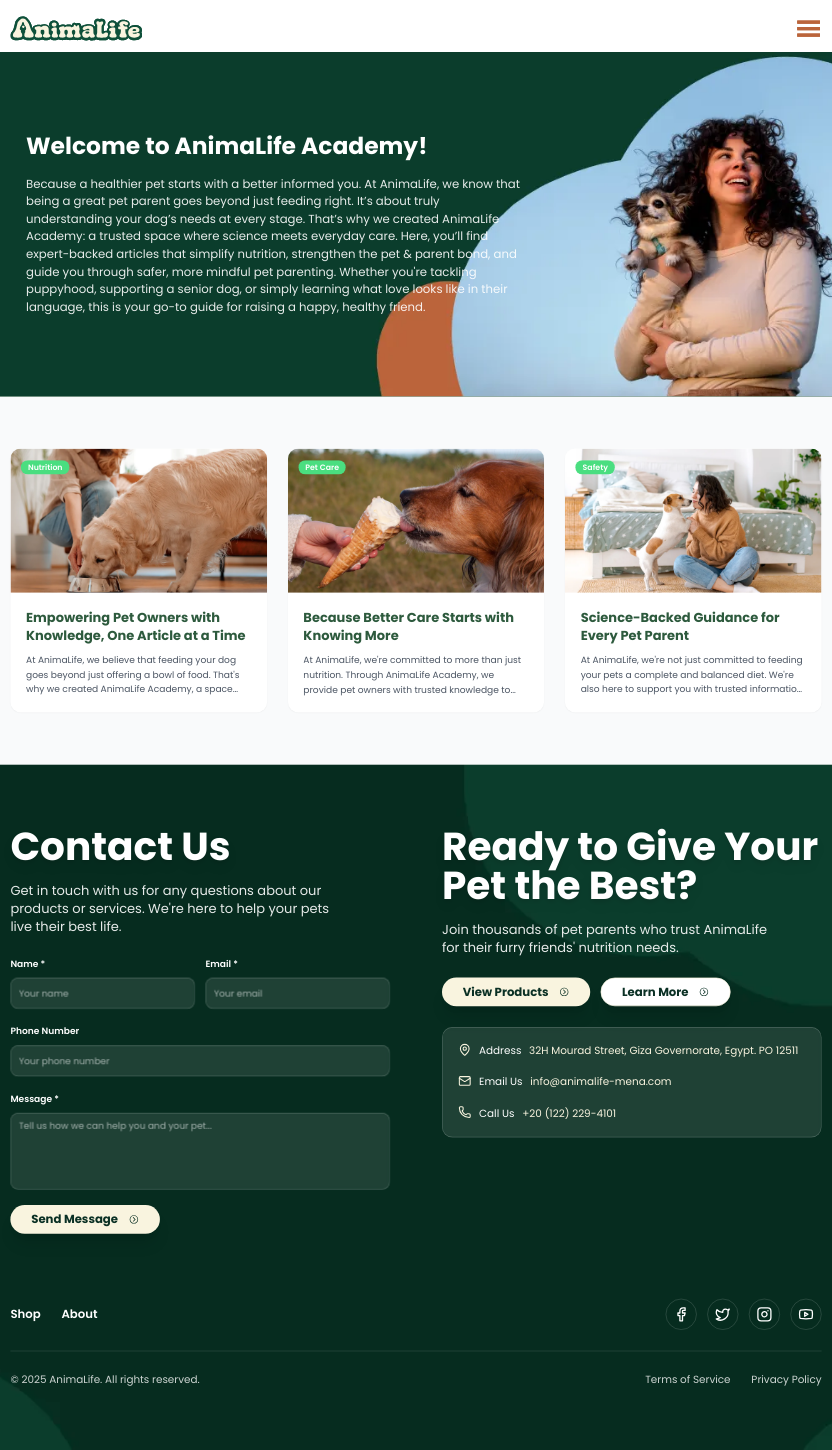
Repository: the-jupiteragency/animalife
Page: /academy
These files come from the project's save history. The page is drawn as it stood at one moment and after the next save; the edit follows.
The browser window is 1280 px wide. The pictures show the whole page, at 65% of full size.
The project was rebuilt for these pictures with package versions that can differ from the ones it lists, and the page was loaded fresh each time. The framework's server and built-in components were replaced by stand-ins that run in the browser. Also part of the build but not shown: next.config.mjs.

Above is the page before, as saved 2025-08-05 09:38:34.

### app/layout.tsx
import type { Metadata, Viewport } from "next";
import "./globals.css";
import { Header } from "@/components/header";
import { Footer } from "@/components/footer";
import Script from "next/script";

export const metadata: Metadata = {
  metadataBase: new URL('https://animalife.vercel.app'),
  title: {
    default: "AnimaLife | Science-Driven Pet Nutrition & Wellness",
    template: "%s | AnimaLife"
  },
  description:
    "AnimaLife offers science-driven, complete, and balanced nutrition for pets. Discover products tailored to your pet's unique needs, expert advice, and a passionate community of animal lovers.",
  keywords: [
    "AnimaLife",
    "pet nutrition",
    "dog food",
    "cat food",
    "science-based pet care",
    "pet wellness",
    "healthy pets",
    "animal health",
    "pet products",
    "pet academy",
    "pet community",
    "premium pet food",
    "natural pet nutrition",
    "pet health supplements"
  ],
  authors: [{ name: "AnimaLife Team", url: "https://animalife.vercel.app" }],
  creator: "AnimaLife",
  publisher: "AnimaLife",
  formatDetection: {
    email: false,
    address: false,
    telephone: false,
  },
  category: 'Pet Care',
  classification: 'Pet Nutrition and Wellness',
  openGraph: {
    title: "AnimaLife | Science-Driven Pet Nutrition & Wellness",
    description:
      "AnimaLife offers science-driven, complete, and balanced nutrition for pets. Discover products tailored to your pet's unique needs, expert advice, and a passionate community of animal lovers.",
    url: "https://animalife.vercel.app",
    siteName: "AnimaLife",
    images: [
      {
        url: "/hero1.webp",
        width: 1200,
        height: 630,
        alt: "AnimaLife - Science-Driven Pet Nutrition",
      },
    ],
    locale: "en_US",
    type: "website",
  },
  twitter: {
    card: 'summary_large_image',
    title: 'AnimaLife | Science-Driven Pet Nutrition & Wellness',
    description: 'AnimaLife offers science-driven, complete, and balanced nutrition for pets. Discover products tailored to your pet\'s unique needs.',
    images: ['/hero1.webp'],
    creator: '@animalife',
    site: '@animalife'
  },
  robots: {
    index: true,
    follow: true,
    googleBot: {
      index: true,
      follow: true,
      'max-video-preview': -1,
      'max-image-preview': 'large',
      'max-snippet': -1,
    },
  },
  icons: {
    icon: [
      { url: '/favicon.ico' },
      { url: '/favicon.png', type: 'image/png' },
    ],
    shortcut: '/favicon.ico',
    apple: [
      { url: '/apple-touch-icon.png' },
      { url: '/apple-touch-icon-72x72.png', sizes: '72x72', type: 'image/png' },
      { url: '/apple-touch-icon-114x114.png', sizes: '114x114', type: 'image/png' },
    ],
  },
  manifest: '/site.webmanifest',
  alternates: {
    canonical: 'https://animalife.vercel.app',
  },
  verification: {
    google: 'your-google-verification-code',
    yandex: 'your-yandex-verification-code',
    yahoo: 'your-yahoo-verification-code',
  },
};

export const viewport: Viewport = {
  themeColor: "#1B4838",
};

const jsonLd = {
  '@context': 'https://schema.org',
  '@type': 'Organization',
  name: 'AnimaLife',
  url: 'https://animalife.vercel.app',
  logo: 'https://animalife.vercel.app/logo.svg',
  description: 'AnimaLife offers science-driven, complete, and balanced nutrition for pets.',
  contactPoint: {
    '@type': 'ContactPoint',
    contactType: 'Customer Service',
    availableLanguage: 'English'
  },
  sameAs: [
    'https://facebook.com/animalife',
    'https://twitter.com/animalife',
    'https://instagram.com/animalife'
  ],
  address: {
    '@type': 'PostalAddress',
    addressCountry: 'EG'
  }
};

export default function RootLayout({
  children,
}: Readonly<{
  children: React.ReactNode;
}>) {
  return (
    <html lang="en">
      <head>
        <link rel="preconnect" href="https://fonts.googleapis.com" />
        <link rel="preconnect" href="https://fonts.gstatic.com" crossOrigin="anonymous" />
        <link rel="dns-prefetch" href="https://fonts.googleapis.com" />
        <meta name="theme-color" content="#1B4838" />
        <meta name="msapplication-TileColor" content="#1B4838" />
        <meta name="apple-mobile-web-app-capable" content="yes" />
        <meta name="apple-mobile-web-app-status-bar-style" content="default" />
        <meta name="format-detection" content="telephone=no" />
        <Script
          id="json-ld"
          type="application/ld+json"
          dangerouslySetInnerHTML={{ __html: JSON.stringify(jsonLd) }}
        />
      </head>
      <body>
        <Header />
        {children}
        <Footer />
      </body>
    </html>
  );
}

### app/academy/page.tsx
"use client";

import { Card, CardContent } from "@/components/ui/card";
import { Badge } from "@/components/ui/badge";
import Image from "next/image";
import Link from "next/link";
import { Header } from "@/components/header";
import { AcademyPosts } from "@/app/data/academy-posts";

// Remove the hardcoded blogPosts array and use:
const blogPosts = AcademyPosts;

export default function AcademyPage() {
  return (
    <div className="min-h-screen bg-white">
      {/* Header */}
      <Header />
      {/* Add top padding to account for fixed header */}
      <div className="pt-20">
        {/* Hero Banner Section */}
        <section className="relative h-[530px] bg-[#2d5a3d] overflow-hidden">
          <div className="absolute inset-0">
            <Image
              src="/academy-banner.webp"
              alt="Academy Banner"
              fill
              className="object-cover w-full h-full"
              priority
            />
          </div>
          <div className="relative z-10 px-10 mx-auto  h-full flex items-center">
            <div className="max-w-3xl">
              <h2 className="text-3xl md:text-4xl font-bold text-white mb-6">
                Welcome to AnimaLife Academy!
              </h2>
              <p className="text-lg text-white/90 leading-normal">
                Because a healthier pet starts with a better informed you. At
                AnimaLife, we know that being a great pet parent goes beyond
                just feeding right. It’s about truly understanding your dog’s
                needs at every stage. That’s why we created AnimaLife Academy: a
                trusted space where science meets everyday care. Here, you’ll
                find expert-backed articles that simplify nutrition, strengthen
                the pet & parent bond, and guide you through safer, more mindful
                pet parenting. Whether you're tackling puppyhood, supporting a
                senior dog, or simply learning what love looks like in their
                language, this is your go-to guide for raising a happy, healthy
                friend.
              </p>
            </div>
          </div>
        </section>

        {/* Blog Posts Grid */}
        <section className="py-12 md:py-20 bg-gray-50">
          <div className="container mx-auto px-4">
            <div className="grid grid-cols-1 md:grid-cols-2 lg:grid-cols-3 gap-6 md:gap-8">
              {blogPosts.map((post) => (
                <Link key={post.id} href={`/academy/${post.id}`}>
                  <Card className="cursor-pointer transform transition-all duration-300 hover:scale-105 hover:shadow-xl bg-white border-0 rounded-2xl overflow-hidden group">
                    <CardContent className="p-0">
                      <div className="aspect-video relative overflow-hidden">
                        <Image
                          src={post.image || "/placeholder.svg"}
                          alt={post.title}
                          fill
                          className="object-cover w-full h-full group-hover:scale-105 transition-all duration-500"
                          sizes="(max-width: 768px) 100vw, (max-width: 1200px) 50vw, 33vw"
                        />
                        <div className="absolute top-4 left-4">
                          <Badge className="bg-[#4ade80] text-white hover:bg-[#22c55e] group-hover:scale-110 transition-transform duration-300">
                            {post.category}
                          </Badge>
                        </div>
                      </div>

                      <div className="p-4 md:p-6">
                        <h3 className="text-lg md:text-xl font-bold text-[#2d5a3d] mb-3 line-clamp-2 group-hover:text-[#1e3a2a] transition-colors duration-300">
                          {post.title}
                        </h3>
                        <p className="text-gray-600 text-sm leading-relaxed line-clamp-3 group-hover:text-gray-700 transition-colors duration-300">
                          {post.excerpt}
                        </p>
                      </div>
                    </CardContent>
                  </Card>
                </Link>
              ))}
            </div>
          </div>
        </section>
      </div>{" "}
      {/* Close pt-20 div */}
    </div>
  );
}

### components/header.tsx
"use client";

import { useState, useEffect } from "react";
import { Menu, X } from "lucide-react";
import { GiHamburgerMenu } from "react-icons/gi";
import { IoMdCloseCircle } from "react-icons/io";
import { Button } from "@/components/ui/button";
import Link from "next/link";
import Image from "next/image";

export function Header() {
  const [isMenuOpen, setIsMenuOpen] = useState(false);
  const [scrolled, setScrolled] = useState(false);

  useEffect(() => {
    const handleScroll = () => {
      setScrolled(window.scrollY > 10);
    };
    window.addEventListener("scroll", handleScroll);
    return () => window.removeEventListener("scroll", handleScroll);
  }, []);

  return (
    <header
      className={`fixed top-0 left-0 right-0 z-50 transition-colors duration-300 ${
        scrolled ? "bg-[#0A3D2C]" : "bg-transparent"
      }`}
    >
      <div className="container mx-auto px-4 py-4 md:py-6 flex items-center justify-between font-mono font-normal text-base bg-transparent text-[rgba(249,244,223,1)] flex-row">
        <Link
          href="/"
          className="text-white text-xl md:text-2xl font-bold hover:text-green-200 transition-colors"
        >
          <Image
            src="/logo.svg"
            alt="AnimaLife"
            width={120}
            height={120}
            priority
            style={{ width: "auto", height: "auto" }}
          />
        </Link>

        <div
          className="transition-all duration-300 hover:scale-110"
          onClick={() => setIsMenuOpen(!isMenuOpen)}
        >
          {isMenuOpen ? (
            <IoMdCloseCircle
              className={`h-10 w-10 ${scrolled ? "text-white" : "text-[#1B4838]"}`}
            />
          ) : (
            <GiHamburgerMenu
              className={`h-10 w-10 ${scrolled ? "text-white" : "md:text-[#BA643B]"}`}
            />
          )}
        </div>
      </div>

      {/* Menu Overlay */}
      {isMenuOpen && (
        <div className="fixed inset-0 z-50 bg-[#2d5a3d]">
          <div className="absolute top-4 right-4">
            <div
              className="text-white transition-all duration-300 hover:scale-110"
              onClick={() => setIsMenuOpen(false)}
            >
              <IoMdCloseCircle className="h-12 w-12" />
            </div>
          </div>

          <div className="flex items-center justify-center min-h-screen">
            <nav className="text-center space-y-8 md:space-y-12">
              <Link
                href="/"
                className="block text-white text-xl md:text-2xl font-medium hover:text-green-200 transition-colors"
                onClick={() => setIsMenuOpen(false)}
              >
                Home
              </Link>
              <Link
                href="/products"
                className="block text-white text-xl md:text-2xl font-medium hover:text-green-200 transition-colors"
                onClick={() => setIsMenuOpen(false)}
              >
                Our Products
              </Link>
              <Link
                href="/about"
                className="block text-white text-xl md:text-2xl font-medium hover:text-green-200 transition-colors"
                onClick={() => setIsMenuOpen(false)}
              >
                Discover AnimaLife
              </Link>
              <Link
                href="/academy"
                className="block text-white text-xl md:text-2xl font-medium hover:text-green-200 transition-colors"
                onClick={() => setIsMenuOpen(false)}
              >
                AnimaLife Academy
              </Link>
            </nav>
          </div>
        </div>
      )}
    </header>
  );
}

### components/ui/card.tsx
import * as React from "react"

import { cn } from "@/lib/utils"

const Card = React.forwardRef<
  HTMLDivElement,
  React.HTMLAttributes<HTMLDivElement>
>(({ className, ...props }, ref) => (
  <div
    ref={ref}
    className={cn(
      "rounded-lg border bg-card text-card-foreground shadow-sm",
      className
    )}
    {...props}
  />
))
Card.displayName = "Card"

const CardHeader = React.forwardRef<
  HTMLDivElement,
  React.HTMLAttributes<HTMLDivElement>
>(({ className, ...props }, ref) => (
  <div
    ref={ref}
    className={cn("flex flex-col space-y-1.5 p-6", className)}
    {...props}
  />
))
CardHeader.displayName = "CardHeader"

const CardTitle = React.forwardRef<
  HTMLDivElement,
  React.HTMLAttributes<HTMLDivElement>
>(({ className, ...props }, ref) => (
  <div
    ref={ref}
    className={cn(
      "text-2xl font-semibold leading-none tracking-tight",
      className
    )}
    {...props}
  />
))
CardTitle.displayName = "CardTitle"

const CardDescription = React.forwardRef<
  HTMLDivElement,
  React.HTMLAttributes<HTMLDivElement>
>(({ className, ...props }, ref) => (
  <div
    ref={ref}
    className={cn("text-sm text-muted-foreground", className)}
    {...props}
  />
))
CardDescription.displayName = "CardDescription"

const CardContent = React.forwardRef<
  HTMLDivElement,
  React.HTMLAttributes<HTMLDivElement>
>(({ className, ...props }, ref) => (
  <div ref={ref} className={cn("p-6 pt-0", className)} {...props} />
))
CardContent.displayName = "CardContent"

const CardFooter = React.forwardRef<
  HTMLDivElement,
  React.HTMLAttributes<HTMLDivElement>
>(({ className, ...props }, ref) => (
  <div
    ref={ref}
    className={cn("flex items-center p-6 pt-0", className)}
    {...props}
  />
))
CardFooter.displayName = "CardFooter"

export { Card, CardHeader, CardFooter, CardTitle, CardDescription, CardContent }

### components/ui/badge.tsx
import * as React from "react"
import { cva, type VariantProps } from "class-variance-authority"

import { cn } from "@/lib/utils"

const badgeVariants = cva(
  "inline-flex items-center rounded-full border px-2.5 py-0.5 text-xs font-semibold transition-colors focus:outline-none focus:ring-2 focus:ring-ring focus:ring-offset-2",
  {
    variants: {
      variant: {
        default:
          "border-transparent bg-primary text-primary-foreground hover:bg-primary/80",
        secondary:
          "border-transparent bg-secondary text-secondary-foreground hover:bg-secondary/80",
        destructive:
          "border-transparent bg-destructive text-destructive-foreground hover:bg-destructive/80",
        outline: "text-foreground",
      },
    },
    defaultVariants: {
      variant: "default",
    },
  }
)

export interface BadgeProps
  extends React.HTMLAttributes<HTMLDivElement>,
    VariantProps<typeof badgeVariants> {}

function Badge({ className, variant, ...props }: BadgeProps) {
  return (
    <div className={cn(badgeVariants({ variant }), className)} {...props} />
  )
}

export { Badge, badgeVariants }

### components/ui/button.tsx
import * as React from "react";
import { Slot } from "@radix-ui/react-slot";
import { cva, type VariantProps } from "class-variance-authority";

import { cn } from "@/lib/utils";

const buttonVariants = cva(
  "inline-flex items-center justify-center gap-2 whitespace-nowrap rounded-md text-sm font-medium ring-offset-background transition-colors focus-visible:outline-none focus-visible:ring-2 focus-visible:ring-ring focus-visible:ring-offset-2 disabled:pointer-events-none disabled:opacity-50 [&_svg]:pointer-events-none [&_svg]:size-4 [&_svg]:shrink-0",
  {
    variants: {
      variant: {
        default: "bg-primary text-primary-foreground hover:bg-primary/90",
        destructive:
          "bg-destructive text-destructive-foreground hover:bg-destructive/90",
        outline:
          "border border-input bg-background hover:bg-accent hover:text-accent-foreground",
        secondary:
          "bg-secondary text-secondary-foreground hover:bg-secondary/80",
        ghost: "hover:bg-accent hover:text-accent-foreground",
        link: "text-primary underline-offset-4 hover:underline",
        icon: "bg-transparent",
        hover:
          "bg-[#F9F4DF] text-[#0A3024] hover:bg-[#A7552E] hover:text-white",
      },
      size: {
        default: "h-10 px-4 py-2",
        sm: "h-9 rounded-md px-3",
        lg: "h-11 rounded-md px-8",
        icon: "h-10 w-10",
      },
    },
    defaultVariants: {
      variant: "default",
      size: "default",
    },
  }
);

export interface ButtonProps
  extends React.ButtonHTMLAttributes<HTMLButtonElement>,
    VariantProps<typeof buttonVariants> {
  asChild?: boolean;
}

const Button = React.forwardRef<HTMLButtonElement, ButtonProps>(
  ({ className, variant, size, asChild = false, ...props }, ref) => {
    const Comp = asChild ? Slot : "button";
    return (
      <Comp
        className={cn(buttonVariants({ variant, size, className }))}
        ref={ref}
        {...props}
      />
    );
  }
);
Button.displayName = "Button";

export { Button, buttonVariants };

### components/ui/input.tsx
import * as React from "react"

import { cn } from "@/lib/utils"

const Input = React.forwardRef<HTMLInputElement, React.ComponentProps<"input">>(
  ({ className, type, ...props }, ref) => {
    return (
      <input
        type={type}
        className={cn(
          "flex h-10 w-full rounded-md border border-input bg-background px-3 py-2 text-base ring-offset-background file:border-0 file:bg-transparent file:text-sm file:font-medium file:text-foreground placeholder:text-muted-foreground focus-visible:outline-none focus-visible:ring-2 focus-visible:ring-ring focus-visible:ring-offset-2 disabled:cursor-not-allowed disabled:opacity-50 md:text-sm",
          className
        )}
        ref={ref}
        {...props}
      />
    )
  }
)
Input.displayName = "Input"

export { Input }

### tailwind.config.ts
import type { Config } from "tailwindcss";

const config: Config = {
  darkMode: ["class"],
  content: [
    "./pages/**/*.{js,ts,jsx,tsx,mdx}",
    "./components/**/*.{js,ts,jsx,tsx,mdx}",
    "./app/**/*.{js,ts,jsx,tsx,mdx}",
    "*.{js,ts,jsx,tsx,mdx}",
  ],
  theme: {
    extend: {
      colors: {
        background: "hsl(var(--background))",
        foreground: "hsl(var(--foreground))",
        card: {
          DEFAULT: "hsl(var(--card))",
          foreground: "hsl(var(--card-foreground))",
        },
        popover: {
          DEFAULT: "hsl(var(--popover))",
          foreground: "hsl(var(--popover-foreground))",
        },
        primary: {
          DEFAULT: "hsl(var(--primary))",
          foreground: "hsl(var(--primary-foreground))",
        },
        secondary: {
          DEFAULT: "hsl(var(--secondary))",
          foreground: "hsl(var(--secondary-foreground))",
        },
        muted: {
          DEFAULT: "hsl(var(--muted))",
          foreground: "hsl(var(--muted-foreground))",
        },
        accent: {
          DEFAULT: "hsl(var(--accent))",
          foreground: "hsl(var(--accent-foreground))",
        },
        destructive: {
          DEFAULT: "hsl(var(--destructive))",
          foreground: "hsl(var(--destructive-foreground))",
        },
        border: "hsl(var(--border))",
        input: "hsl(var(--input))",
        ring: "hsl(var(--ring))",
        chart: {
          "1": "hsl(var(--chart-1))",
          "2": "hsl(var(--chart-2))",
          "3": "hsl(var(--chart-3))",
          "4": "hsl(var(--chart-4))",
          "5": "hsl(var(--chart-5))",
        },
        sidebar: {
          DEFAULT: "hsl(var(--sidebar-background))",
          foreground: "hsl(var(--sidebar-foreground))",
          primary: "hsl(var(--sidebar-primary))",
          "primary-foreground": "hsl(var(--sidebar-primary-foreground))",
          accent: "hsl(var(--sidebar-accent))",
          "accent-foreground": "hsl(var(--sidebar-accent-foreground))",
          border: "hsl(var(--sidebar-border))",
          ring: "hsl(var(--sidebar-ring))",
        },
      },
      borderRadius: {
        lg: "var(--radius)",
        md: "calc(var(--radius) - 2px)",
        sm: "calc(var(--radius) - 4px)",
      },
      fontFamily: {
        sans: [
          'Poppins',
          '-apple-system',
          'BlinkMacSystemFont',
          'Segoe UI',
          'Roboto',
          'Oxygen',
          'Ubuntu',
          'Cantarell',
          'Fira Sans',
          'Droid Sans',
          'Helvetica Neue',
          'sans-serif'
        ],
        headline: [
          'Co Headline',
          'Poppins',
          '-apple-system',
          'BlinkMacSystemFont',
          'Segoe UI',
          'sans-serif'
        ],
      },
      keyframes: {
        "accordion-down": {
          from: {
            height: "0",
          },
          to: {
            height: "var(--radix-accordion-content-height)",
          },
        },
        "accordion-up": {
          from: {
            height: "var(--radix-accordion-content-height)",
          },
          to: {
            height: "0",
          },
        },
      },
      animation: {
        "accordion-down": "accordion-down 0.2s ease-out",
        "accordion-up": "accordion-up 0.2s ease-out",
      },
    },
  },
  plugins: [require("tailwindcss-animate")],
};
export default config;

Loaded but not shown: components/ui/textarea.tsx (common file); lib/utils.ts (common file); components/footer.tsx (439 lines, source omitted); app/data/academy-posts.ts (242 lines, source omitted); app/globals.css (185 lines, source omitted)

After the next save:
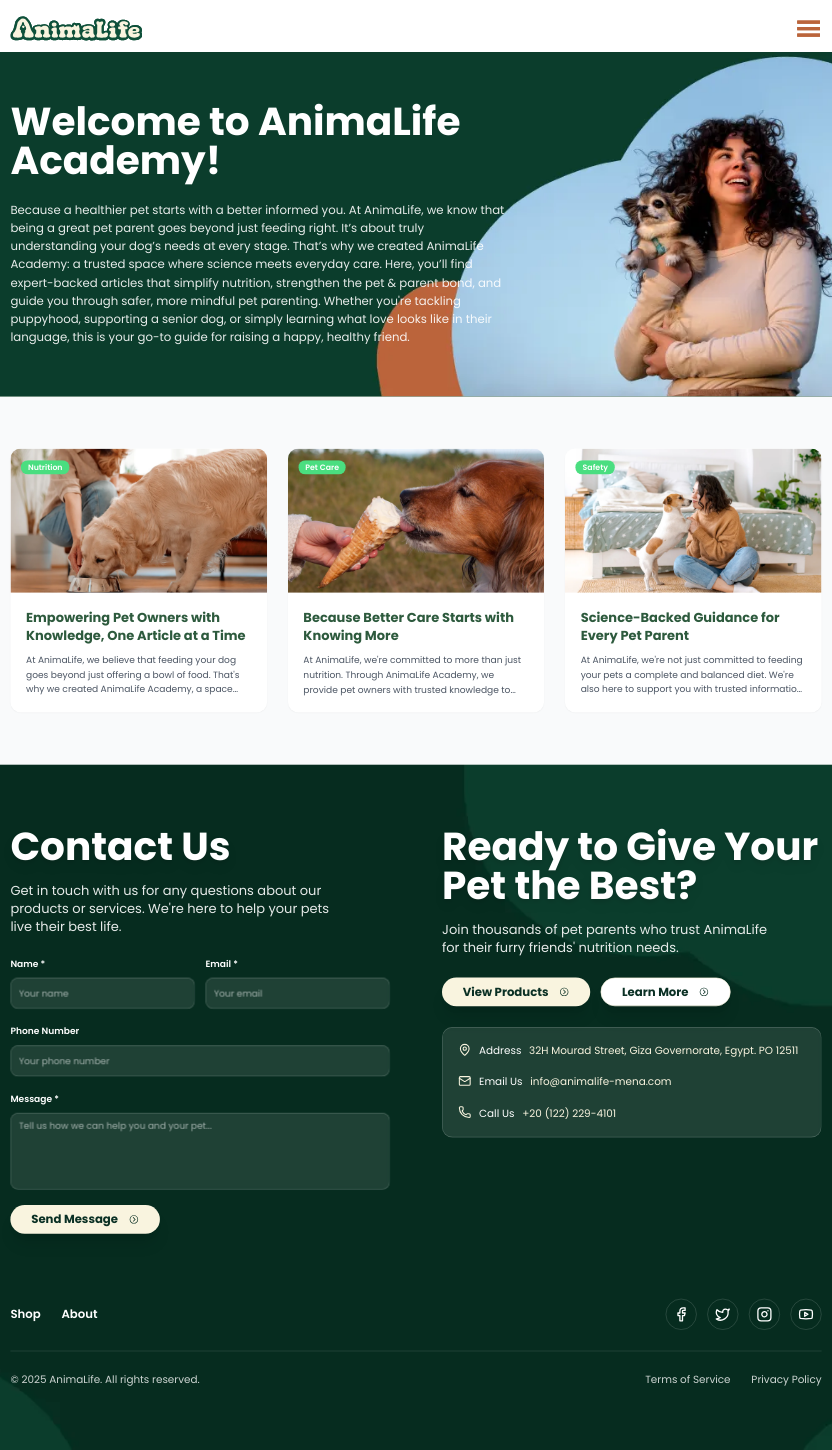
Saved 18 min 24 s later.
--- a/app/academy/page.tsx
+++ b/app/academy/page.tsx
@@ -28,12 +28,12 @@
               priority
             />
           </div>
-          <div className="relative z-10 px-10 mx-auto  h-full flex items-center">
+          <div className="relative z-10 container mx-auto px-4 h-full flex items-center">
             <div className="max-w-3xl">
-              <h2 className="text-3xl md:text-4xl font-bold text-white mb-6">
+              <h1 className="text-4xl md:text-4xl lg:text-6xl font-bold text-white mb-8 leading-tight">
                 Welcome to AnimaLife Academy!
-              </h2>
-              <p className="text-lg text-white/90 leading-normal">
+              </h1>
+              <p className="text-lg md:text-lg text-white/90 leading-relaxed">
                 Because a healthier pet starts with a better informed you. At
                 AnimaLife, we know that being a great pet parent goes beyond
                 just feeding right. It’s about truly understanding your dog’s
